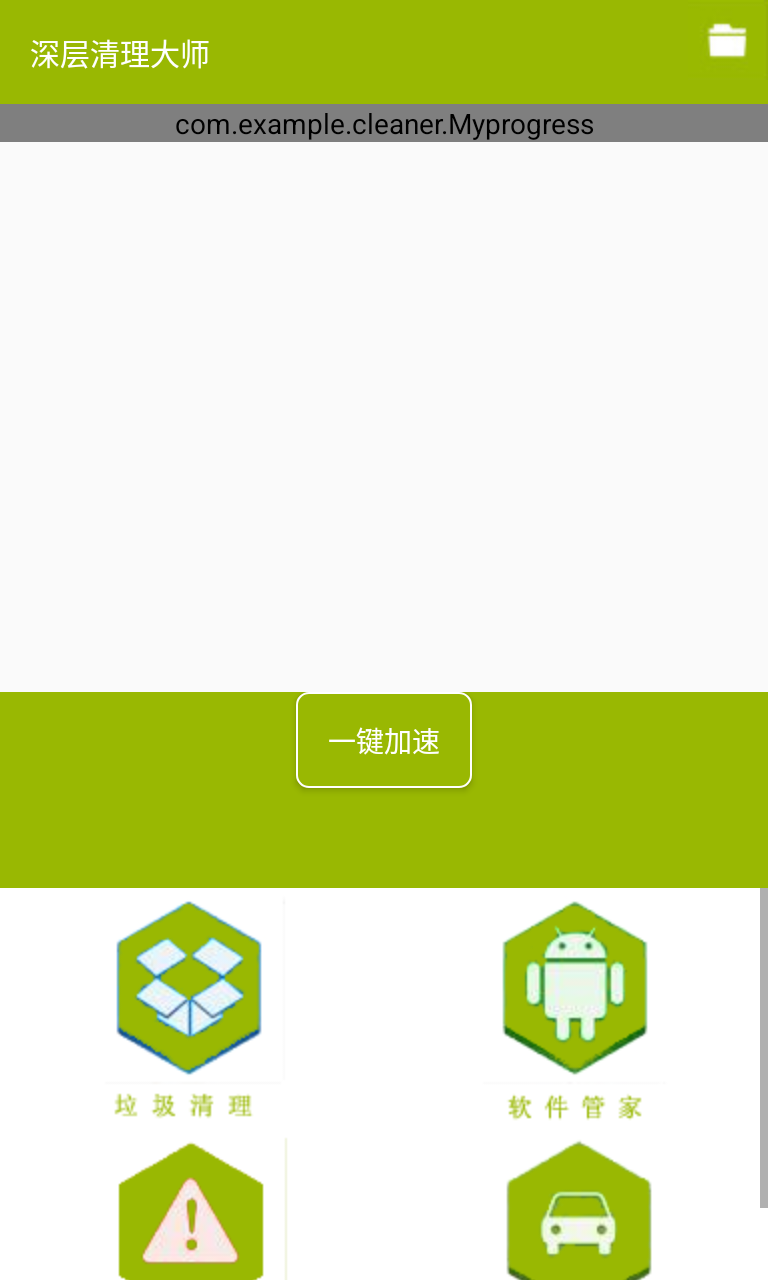
Repository: shi1hh/Cleaner
Layout: Cleaner/res/layout/activity_main.xml
These files come from the project's save history. The layout is drawn as it stood at one moment and after a run of saves; the edit follows.
Pictures or frames that could not be fetched are drawn as grey boxes. It is drawn on a 768 x 1280 px phone screen (xhdpi) without system bars, with theme AppTheme; the app's code is not run.

Above is the layout before, as saved 2015-10-11 03:13:46.

After the next 2 saves:
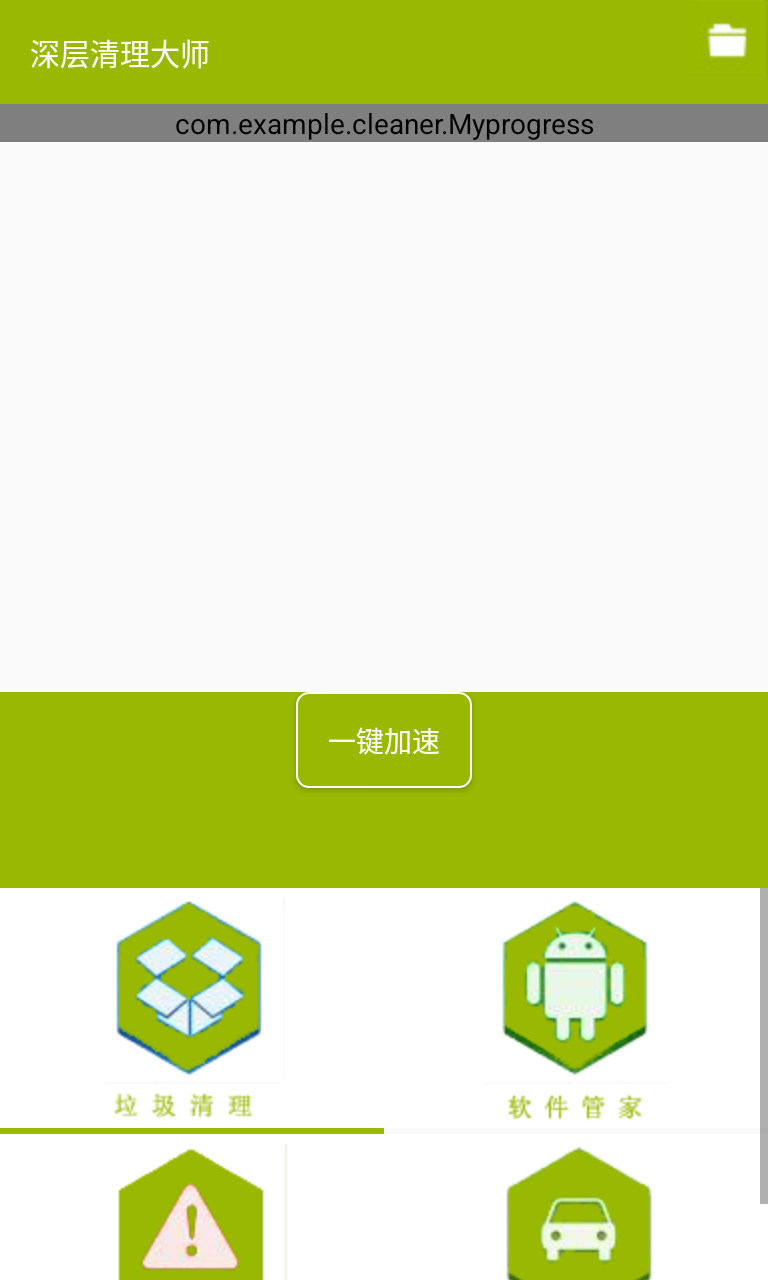
The 2 saves are shown as one change because 1 did not build or start.
The last was saved 8 min 2 s later.
--- a/Cleaner/res/layout/activity_main.xml
+++ b/Cleaner/res/layout/activity_main.xml
@@ -97,8 +97,9 @@
                     android:src="@drawable/f4"
                     android:background="#ffffff" />
                 </TableRow>
-
-
+  <TableRow android:layout_width="match_parent" android:layout_weight="1">"
+     <View android:layout_width="match_parent" android:layout_height="3dp" android:background="#99b802"/>
+</TableRow>
             <TableRow
                 android:layout_width="match_parent"
                 android:layout_height="wrap_content" >
